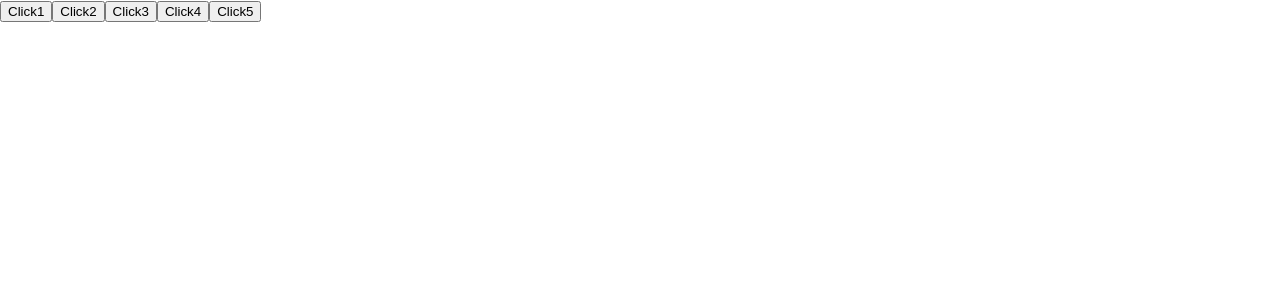
Repository: Mira757/capacitacao-React-Next.js-basico
Page: /basicos/botao
These files come from the project's save history. The page is drawn as it stood at one moment and after the next save; the edit follows.
The browser window is 1280 px wide. The pictures show the whole page.
The project was rebuilt for these pictures with package versions that can differ from the ones it lists, and the page was loaded fresh each time. The framework's server and built-in components were replaced by stand-ins that run in the browser. Also part of the build but not shown: next.config.js, pages/css/integracao1.css.

Above is the page before, as saved 2022-03-10 23:03:30.

### pages/_app.js
import '../styles/globals.css'
import './css/integracao1.css'

function MyApp({ Component, pageProps }) {
  return <Component {...pageProps} />
}

export default MyApp

### pages/basicos/botao.jsx
function acao1 () {
  console.log("acao1")
}

export default function botao () {

  function acao2() {
    console.log("acao2")
  }

  function acao5(e) {
    console.log(e)
  }

  return (
    <div>
      <button onClick={acao1}>Click1</button>
      <button onClick={acao2}>Click2</button>
      <button onClick={function () {
        console.log("acao3")
      }}>Click3</button>
      <button onClick={() => console.log("acao4")}>Click4</button>
      <button onClick={acao5}>Click5</button>
    </div>
  )
}

Loaded but not shown: styles/globals.css (common file)

After the next save:
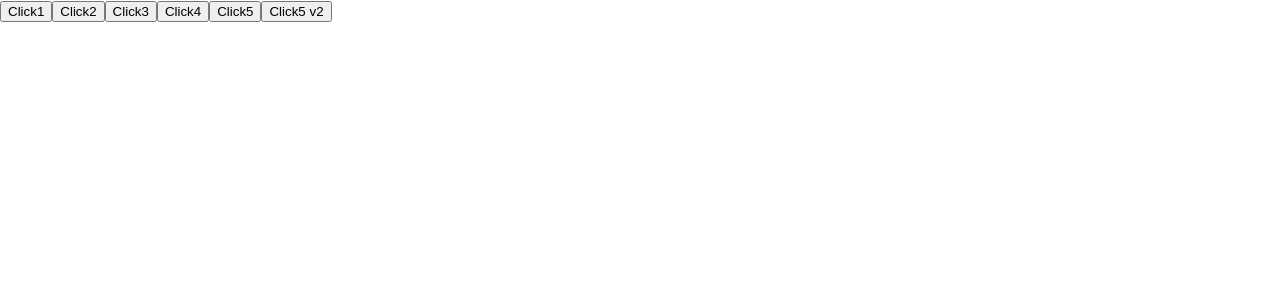
Saved 60 s later.
--- a/pages/basicos/botao.jsx
+++ b/pages/basicos/botao.jsx
@@ -21,6 +21,7 @@ export default function botao () {
       }}>Click3</button>
       <button onClick={() => console.log("acao4")}>Click4</button>
       <button onClick={acao5}>Click5</button>
+      <button onClick={e => acao5(e)}>Click5 v2</button>
     </div>
   )
 }
